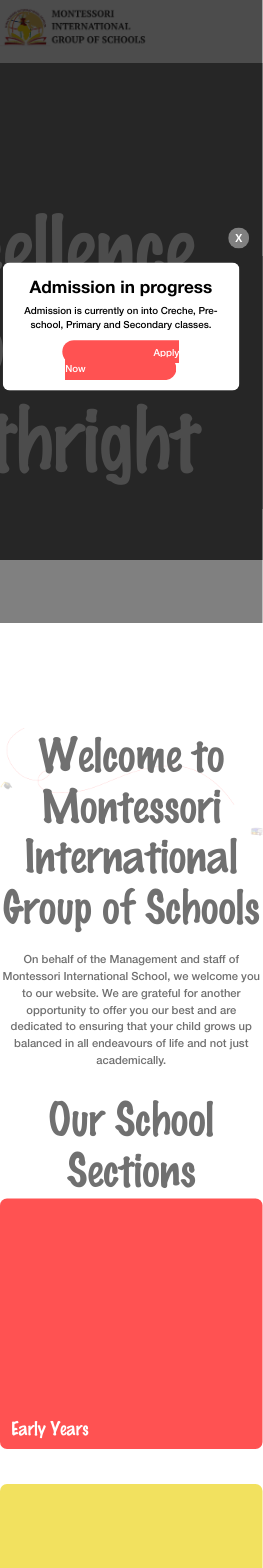
Repository: sarahnnanyelugo/MIGS
Page: /
An editor plug-in stored every save of this project. The page is shown before and after the next save, followed by the edit.
The browser window is 375 px wide. The pictures show the part of the page from y = 0 to 2240 px (the page is 11550 px tall), at 70% of full size.
The project was rebuilt for these pictures with package versions that can differ from the ones it lists, and the page was loaded fresh each time.

Above is the page before, as saved 2023-05-30 14:30:25.

After the next save:
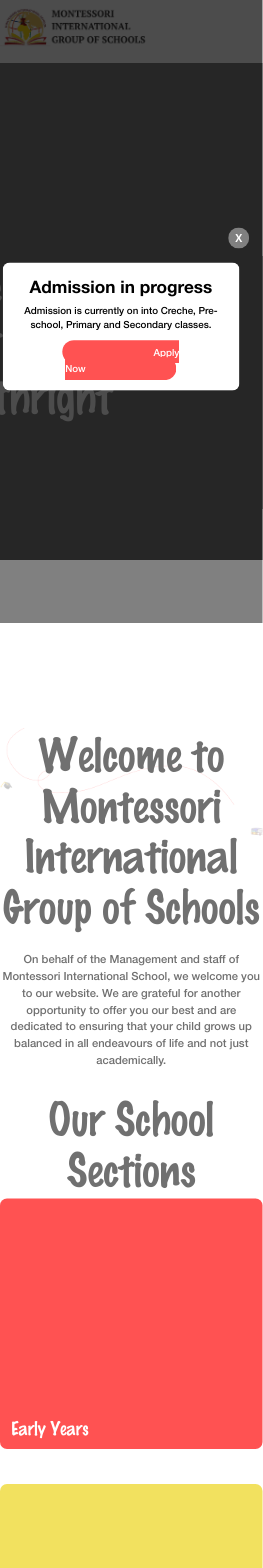
Saved 98 s later.
--- a/src/pages/Home/home.scss
+++ b/src/pages/Home/home.scss
@@ -15,6 +15,9 @@
   transform: translate(-50%, -50%);
   h1 {
     font-size: 114px !important;
+    @media screen and (max-width: 620px) {
+      font-size: 64px !important;
+    }
   }
 }
 .welcome-header {
